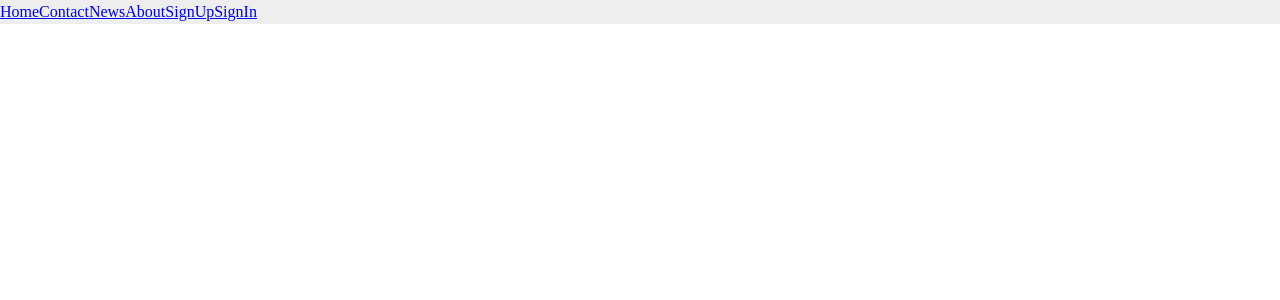
Repository: jesar-enl/My-CSS-Website
Page: index.html
These files come from the project's save history. The page is drawn as it stood at one moment and after the next save; the edit follows.
The browser window is 1280 px wide. The pictures show the whole page.

Above is the page before, as saved 2022-07-26 12:22:33.

After the next save:
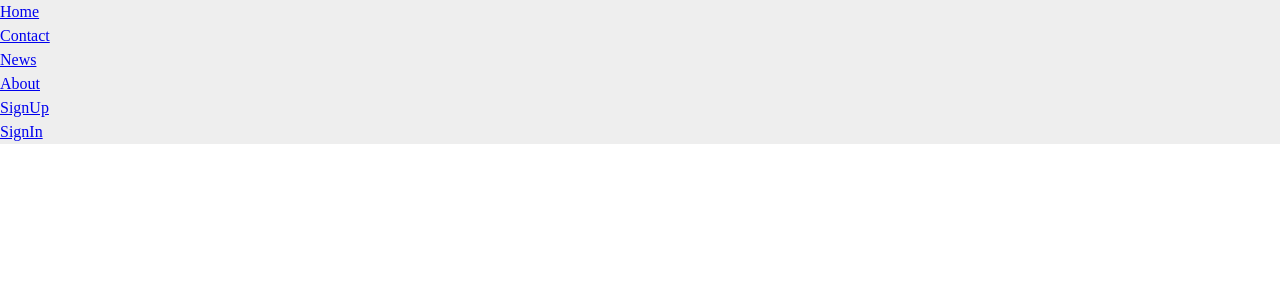
Saved 3 min 8 s later.
--- a/index.html
+++ b/index.html
@@ -9,7 +9,7 @@
   </head>
   <body>
     <nav>
-      <ul class="topnav-left">
+      <ul class="topnav">
         <li><a href="#home">Home</a></li>
         <li><a href="#contact">Contact</a></li>
         <li><a href="#news">News</a></li>

After the 2 saves that followed:
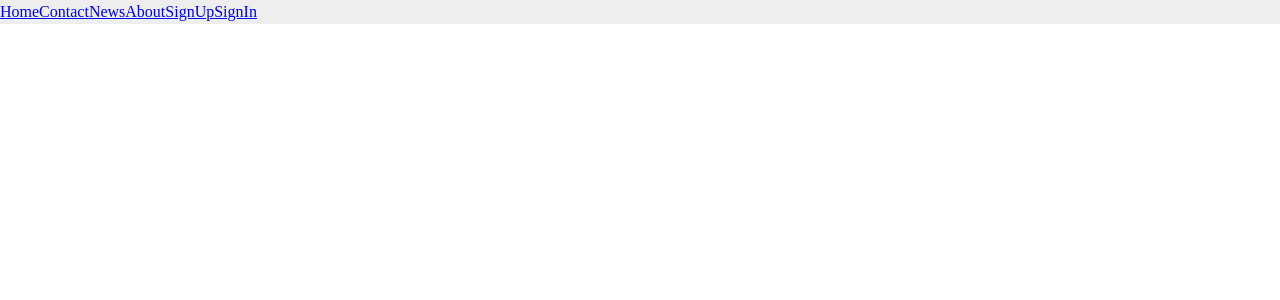
The 2 saves are shown as one change because they came seconds apart.
The last was saved 13 s later.
--- a/style.css
+++ b/style.css
@@ -25,7 +25,7 @@ nav ul {
   padding: 0;
 }
 /* the list-style removes the bullet points from the list items */
-ul.topnav-left li {
+ul.topnav li {
   list-style: none;
   float: left;
 }
